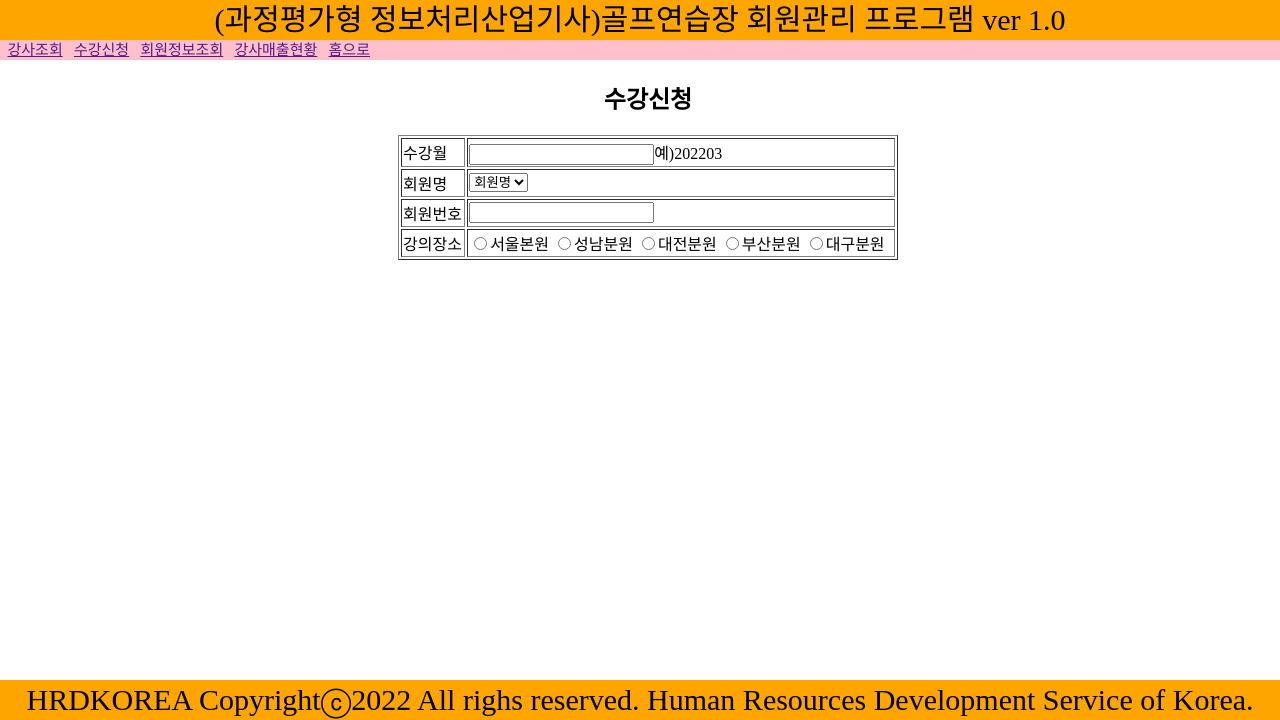
Repository: YeoJeongmo/hrdKorea
Page: http://localhost/HRD_1/insert.jsp
These files come from the project's save history. The page is drawn as it stood at one moment and after the next save; the edit follows.
The browser window is 1280 px wide. The pictures show the whole page.
The page is served by Tomcat 9. Other server files are loaded and not shown.

Above is the page before, as saved 2024-09-04 12:15:03.

### cbq_05/workspace/HRD_1/src/main/webapp/insert.jsp
<%@ page language="java" contentType="text/html; charset=UTF-8"
    pageEncoding="UTF-8"%>
<!DOCTYPE html>
<html>
<head>
<meta charset="UTF-8">
<title>Insert title here</title>
</head>
<body>
<jsp:include page="header.jsp"></jsp:include>
<section style="position: fixed; top: 60px; width: 100%;">
	<h2 style="text-align: center;">수강신청</h2>
	<form style="display: flex; justify-content: center;">
	<table border="1" style="width: 500px;">
		<tr>
			<td> 수강월 </td>
			<td> <input type="text" name="resist_month">예)202203 </td>
		</tr>
		<tr>
			<td> 회원명 </td>
			<td>
				<select>
					<option> 회원명 </option>
					<option> 홍길동 </option>
					<option> 장발장 </option>
					<option> 임꺽정 </option>
					<option> 성춘향 </option>
					<option> 이몽룡 </option>
				</select>
			</td>
		</tr>
		<tr>
			<td> 회원번호 </td>
			<td> <input type="text" name="c_no"> </td>
		</tr>
		<tr>
			<td> 강의장소 </td>
			<td>
				<input type="radio" name="class_area">서울본원
				<input type="radio" name="class_area">성남분원
				<input type="radio" name="class_area">대전분원
				<input type="radio" name="class_area">부산분원
				<input type="radio" name="class_area">대구분원
			</td>
		</tr>
	</table>
	</form>
</section>
<jsp:include page="footer.jsp"></jsp:include>
</body>
</html>

### cbq_05/workspace/HRD_1/src/main/webapp/header.jsp
<%@ page language="java" contentType="text/html; charset=UTF-8"
    pageEncoding="UTF-8"%>
<!DOCTYPE html>
<html>
<head>
<meta charset="UTF-8">
<title>Insert title here</title>
</head>
<body>
<header style="position: fixed; top: 0; left: 0; line-height: 40px; width: 100%; height: 40px; font-size: 30px; text-align: center; background-color: orange; color: black;">(과정평가형 정보처리산업기사)골프연습장 회원관리 프로그램 ver 1.0</header>
<nav  style="position: fixed; top: 40px; left: 0; line-height: 20px; width: 100%; height: 20px; font-size: 15px; background-color: pink; color: black;">
&nbsp;&nbsp;<a href="">강사조회</a>
&nbsp;&nbsp;<a href="">수강신청</a>
&nbsp;&nbsp;<a href="">회원정보조회</a>
&nbsp;&nbsp;<a href="">강사매출현황</a>
&nbsp;&nbsp;<a href="">홈으로</a>
</nav>
</body>
</html>

### cbq_05/workspace/HRD_1/src/main/webapp/footer.jsp
<%@ page language="java" contentType="text/html; charset=UTF-8"
    pageEncoding="UTF-8"%>
<!DOCTYPE html>
<html>
<head>
<meta charset="UTF-8">
<title>Insert title here</title>
</head>
<body>
<footer style="position: fixed; bottom: 0; left: 0; line-height: 40px; width: 100%; height: 40px; font-size: 30px; text-align: center; background-color: orange; color: black;">HRDKOREA Copyrightⓒ2022 All righs reserved. Human Resources Development Service of Korea.</footer>
</body>
</html>

After the next save:
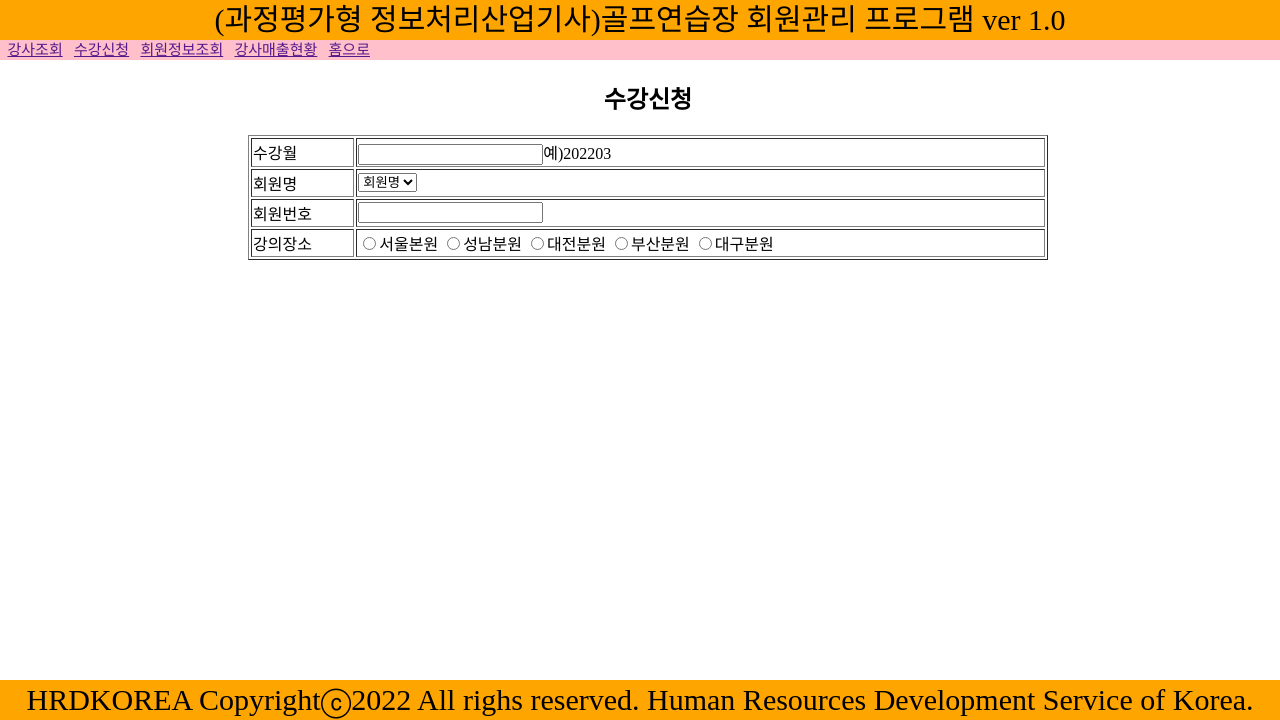
Saved 7 s later.
--- a/cbq_05/workspace/HRD_1/src/main/webapp/insert.jsp
+++ b/cbq_05/workspace/HRD_1/src/main/webapp/insert.jsp
@@ -11,7 +11,7 @@
 <section style="position: fixed; top: 60px; width: 100%;">
 	<h2 style="text-align: center;">수강신청</h2>
 	<form style="display: flex; justify-content: center;">
-	<table border="1" style="width: 500px;">
+	<table border="1" style="width: 800px;">
 		<tr>
 			<td> 수강월 </td>
 			<td> <input type="text" name="resist_month">예)202203 </td>
